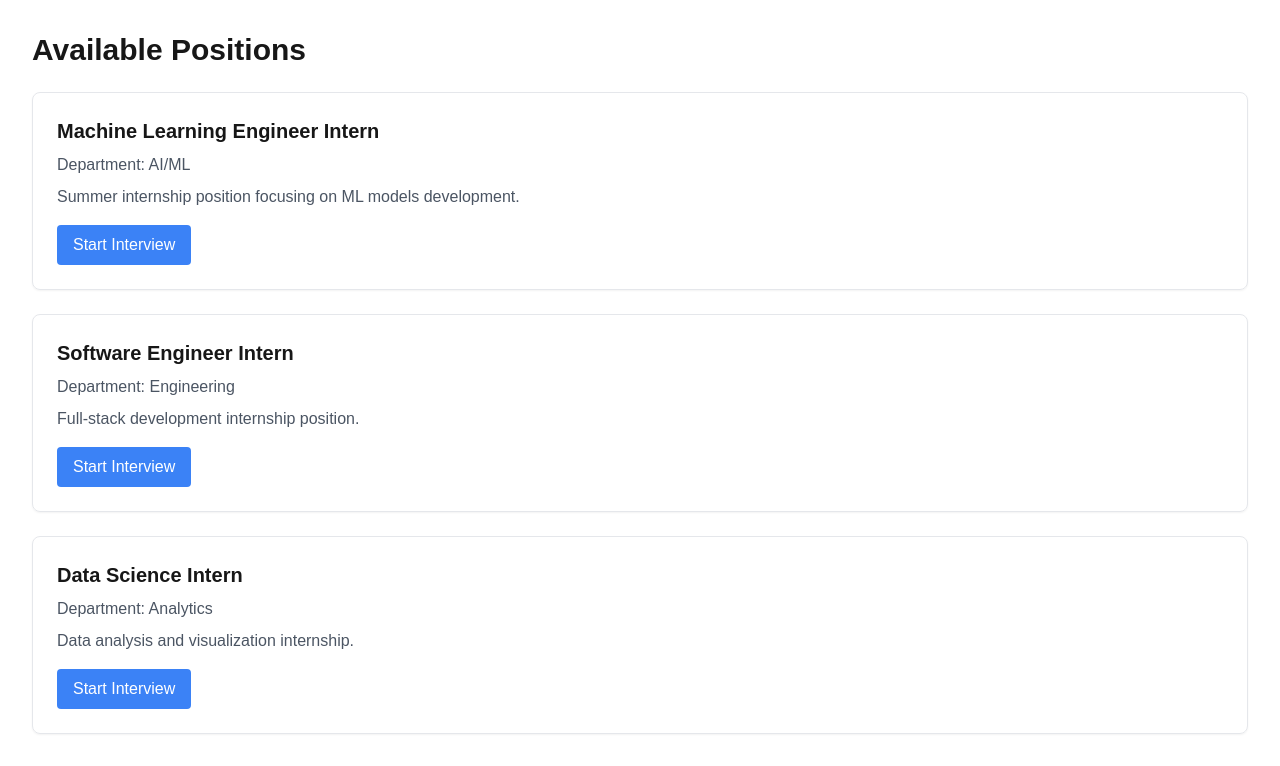
Repository: rupaut98/nyu-sf
Page: /interview
An editor plug-in stored every save of this project. The page is shown before and after the next save, followed by the edit.
The browser window is 1280 px wide. The pictures show the whole page.
The project was rebuilt for these pictures with package versions that can differ from the ones it lists, and the page was loaded fresh each time. The framework's server and built-in components were replaced by stand-ins that run in the browser. Also part of the build but not shown: next.config.ts, src/app/components/AnimatedAvatar.module.css, src/app/components/AnimatedAvatar.tsx.

Above is the page before, as saved 2025-02-08 18:06:09.

### src/app/interview/page.tsx
"use client";

import { useState, useCallback } from "react";
import { Conversation } from "../components/conversation";
import { AnimatedAvatar } from '../components/AnimatedAvatar';

const AVAILABLE_ROLES = [
  {
    id: 1,
    title: "Machine Learning Engineer Intern",
    department: "AI/ML",
    description: "Summer internship position focusing on ML models development."
  },
  {
    id: 2,
    title: "Software Engineer Intern",
    department: "Engineering",
    description: "Full-stack development internship position."
  },
  {
    id: 3,
    title: "Data Science Intern",
    department: "Analytics",
    description: "Data analysis and visualization internship."
  }
];

export default function InterviewPage() {
  const [selectedRole, setSelectedRole] = useState(null);
  const [isInterviewStarted, setIsInterviewStarted] = useState(false);
  const [isSpeaking, setIsSpeaking] = useState(false);
  const [isConversationActive, setIsConversationActive] = useState(false);

  const startInterview = (role) => {
    setSelectedRole(role);
    setIsInterviewStarted(true);
  };

  const handleStartConversation = useCallback(async () => {
    try {
      // First request microphone permission
      await navigator.mediaDevices.getUserMedia({ audio: true });
      setIsConversationActive(true);
    } catch (error) {
      console.error('Failed to get microphone permission:', error);
      alert('Please allow microphone access to start the interview');
    }
  }, []);

  const handleEndConversation = useCallback(() => {
    setIsConversationActive(false);
    setIsSpeaking(false);
  }, []);

  if (isInterviewStarted) {
    return (
      <div className="p-8">
        <div className="mb-6">
          <h2 className="text-2xl font-bold mb-2">Interview for {selectedRole.title}</h2>
          <button
            onClick={() => {
              setIsInterviewStarted(false);
              setIsConversationActive(false);
              setIsSpeaking(false);
            }}
            className="px-4 py-2 bg-gray-500 text-white rounded hover:bg-gray-600"
          >
            Back to Roles
          </button>
        </div>
        <div className="flex gap-8">
          <div className="w-1/3">
            <AnimatedAvatar
              isSpeaking={isSpeaking}
              onStartConversation={handleStartConversation}
              onEndConversation={handleEndConversation}
              isConversationActive={isConversationActive}
            />
          </div>
          <Conversation
            onSpeakingStateChange={setIsSpeaking}
            isActive={isConversationActive}
          />
        </div>
      </div>
    );
  }

  return (
    <div className="p-8">
      <h1 className="text-3xl font-bold mb-6">Available Positions</h1>
      <div className="grid gap-6">
        {AVAILABLE_ROLES.map((role) => (
          <div
            key={role.id}
            className="border rounded-lg p-6 shadow-sm hover:shadow-md transition-shadow"
          >
            <h2 className="text-xl font-semibold mb-2">{role.title}</h2>
            <p className="text-gray-600 mb-2">Department: {role.department}</p>
            <p className="text-gray-600 mb-4">{role.description}</p>
            <button
              onClick={() => startInterview(role)}
              className="px-4 py-2 bg-blue-500 text-white rounded hover:bg-blue-600 transition-colors"
            >
              Start Interview
            </button>
          </div>
        ))}
      </div>
    </div>
  );
}

### src/app/components/conversation.tsx
'use client';

import { useConversation } from '@11labs/react';
import { useCallback, useEffect, useRef } from 'react';

interface ConversationProps {
  onSpeakingStateChange: (isSpeaking: boolean) => void;
  isActive: boolean;
}

export function Conversation({ onSpeakingStateChange, isActive }: ConversationProps) {
  const conversationStarted = useRef(false);

  const conversation = useConversation({
    onConnect: () => console.log('Connected'),
    onDisconnect: () => console.log('Disconnected'),
    onMessage: (message) => {
      console.log('Message:', message);
      const isSpeaking = message.type === 'start-speaking';
      onSpeakingStateChange?.(isSpeaking);
    },
    onError: (error) => console.error('Error:', error),
  });

  const startConversation = useCallback(async () => {
    if (conversationStarted.current) return;

    try {
      await navigator.mediaDevices.getUserMedia({ audio: true });
      await conversation.startSession({
        agentId: process.env.NEXT_PUBLIC_AGENT_ID!,
      });
      conversationStarted.current = true;
    } catch (error) {
      console.error('Failed to start conversation:', error);
    }
  }, [conversation]);

  useEffect(() => {
    if (isActive && !conversationStarted.current) {
      startConversation();
    }
  }, [isActive, startConversation]);

  return null;
}

Loaded but not shown: src/app/layout.tsx (common file); src/app/globals.css (common file); tailwind.config.ts (common file)

After the next save:
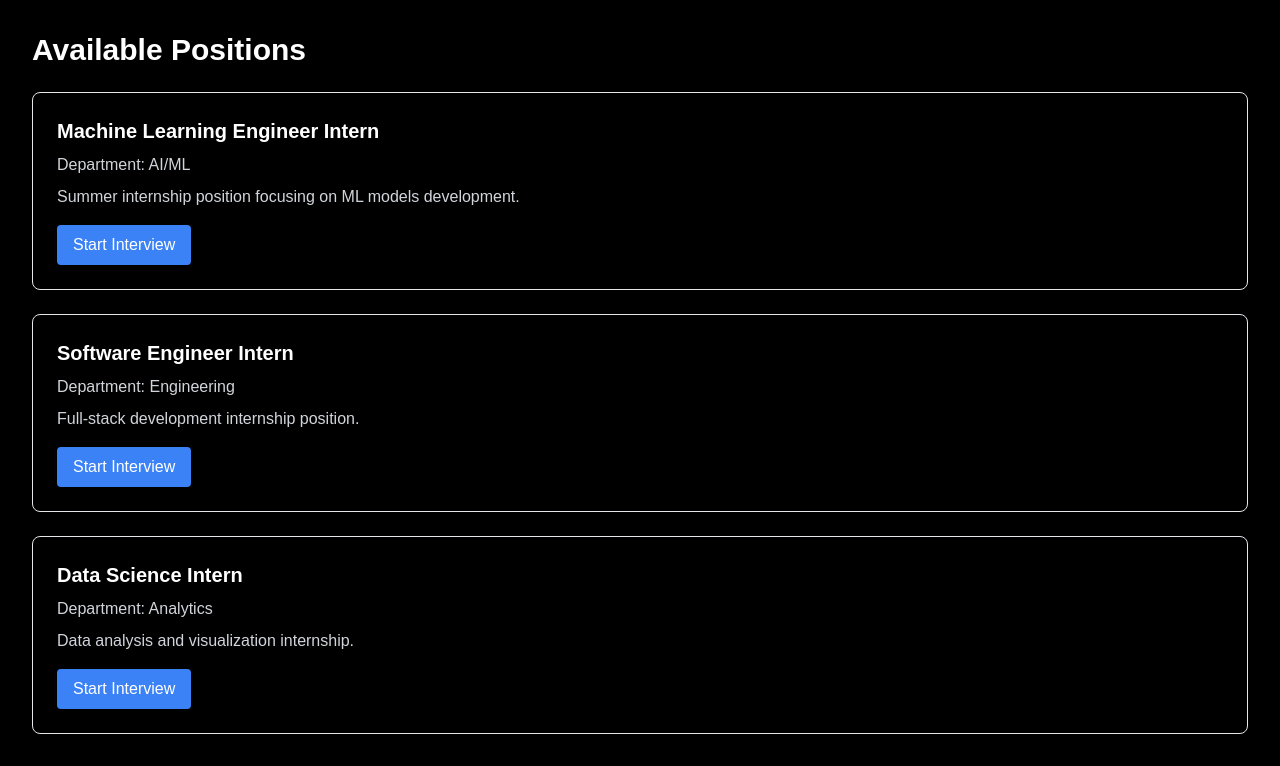
Saved 36 s later.
--- a/src/app/interview/page.tsx
+++ b/src/app/interview/page.tsx
@@ -37,10 +37,12 @@ export default function InterviewPage() {
   };
 
   const handleStartConversation = useCallback(async () => {
+    console.log('Starting conversation...');
     try {
       // First request microphone permission
       await navigator.mediaDevices.getUserMedia({ audio: true });
       setIsConversationActive(true);
+      console.log('Conversation activated');
     } catch (error) {
       console.error('Failed to get microphone permission:', error);
       alert('Please allow microphone access to start the interview');
@@ -48,13 +50,14 @@ export default function InterviewPage() {
   }, []);
 
   const handleEndConversation = useCallback(() => {
+    console.log('Ending conversation...');
     setIsConversationActive(false);
     setIsSpeaking(false);
   }, []);
 
   if (isInterviewStarted) {
     return (
-      <div className="p-8">
+      <div className="p-8 min-h-screen bg-black text-white">
         <div className="mb-6">
           <h2 className="text-2xl font-bold mb-2">Interview for {selectedRole.title}</h2>
           <button
@@ -68,7 +71,7 @@ export default function InterviewPage() {
             Back to Roles
           </button>
         </div>
-        <div className="flex gap-8">
+        <div className="flex gap-8 items-center justify-center">
           <div className="w-1/3">
             <AnimatedAvatar
               isSpeaking={isSpeaking}
@@ -77,17 +80,21 @@ export default function InterviewPage() {
               isConversationActive={isConversationActive}
             />
           </div>
-          <Conversation
-            onSpeakingStateChange={setIsSpeaking}
-            isActive={isConversationActive}
-          />
+          {isConversationActive && (
+            <div className="w-2/3">
+              <Conversation
+                onSpeakingStateChange={setIsSpeaking}
+                isActive={isConversationActive}
+              />
+            </div>
+          )}
         </div>
       </div>
     );
   }
 
   return (
-    <div className="p-8">
+    <div className="p-8 min-h-screen bg-black text-white">
       <h1 className="text-3xl font-bold mb-6">Available Positions</h1>
       <div className="grid gap-6">
         {AVAILABLE_ROLES.map((role) => (
@@ -96,8 +103,8 @@ export default function InterviewPage() {
             className="border rounded-lg p-6 shadow-sm hover:shadow-md transition-shadow"
           >
             <h2 className="text-xl font-semibold mb-2">{role.title}</h2>
-            <p className="text-gray-600 mb-2">Department: {role.department}</p>
-            <p className="text-gray-600 mb-4">{role.description}</p>
+            <p className="text-gray-300 mb-2">Department: {role.department}</p>
+            <p className="text-gray-300 mb-4">{role.description}</p>
             <button
               onClick={() => startInterview(role)}
               className="px-4 py-2 bg-blue-500 text-white rounded hover:bg-blue-600 transition-colors"
